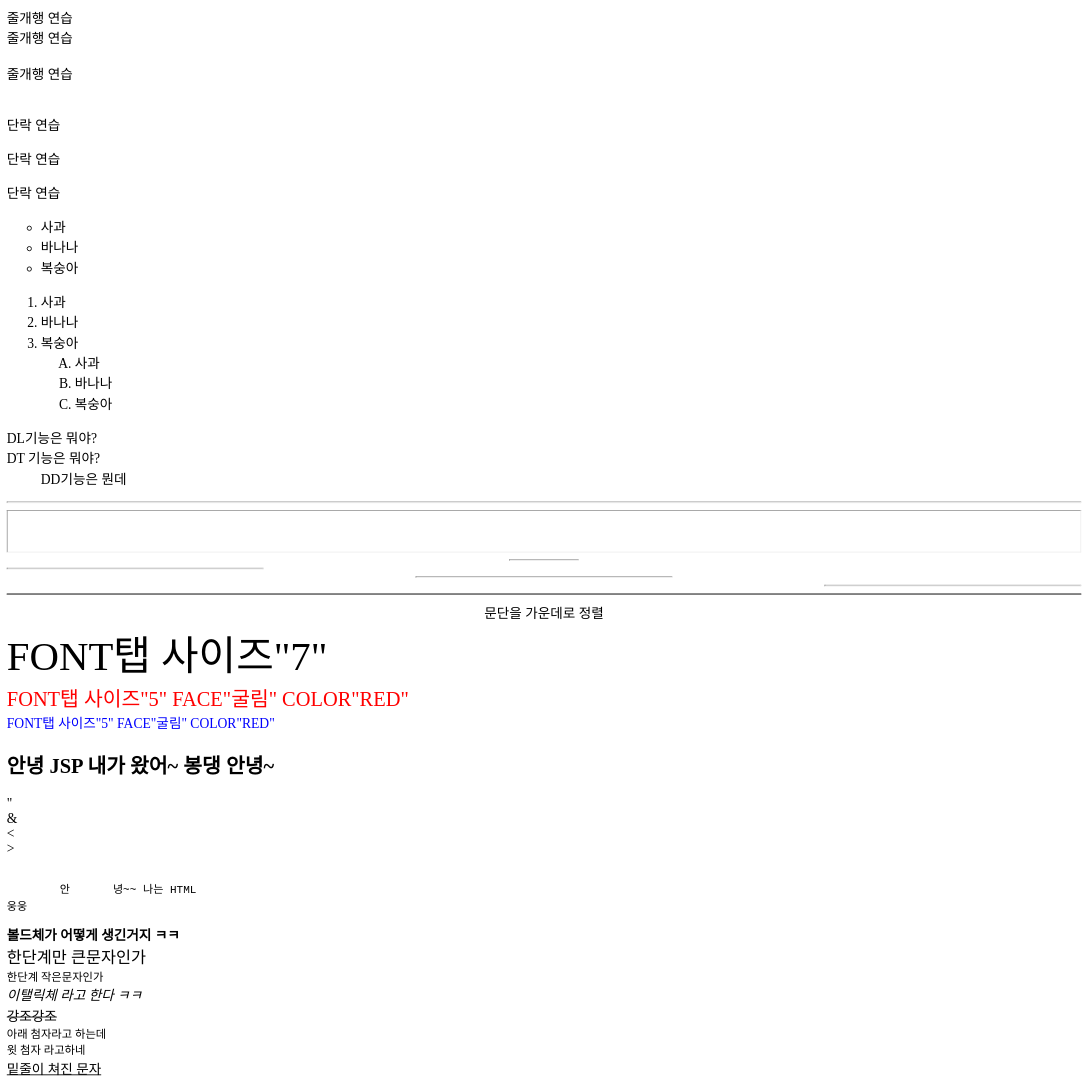
Repository: kisunssong/jsp
Page: http://localhost/test/test.jsp
These files come from the project's save history. The page is drawn as it stood at one moment and after the next save; the edit follows.
The browser window is 1280 px wide. The pictures show the whole page, at 85% of full size.
The page is served by Tomcat 9.

Above is the page before, as saved 2020-10-28 12:09:11.

### test/WebContent/test.jsp
<%@ page language="java" contentType="text/html; charset=EUC-KR"
    pageEncoding="EUC-KR"%>
<HTML>
<HEAD><TITLE>Hello Jsp</TITLE></HEAD>
<BODY>
줄개행 연습<BR>
줄개행 연습<BR><BR>
줄개행 연습<BR><BR><BR>
단락 연습<P>
단락 연습<P>
단락 연습<P>
<UL TYPE="CIRCLE"><!-- 번호 없는 목록 작성 *사과 *바나나 이렇게 앞에 쩜이찍힘-->
<LI>사과
<LI>바나나
<LI>복숭아
</UL>
<OL><!-- 특정한 문자로 번호를 먹여서 나열 -->
<LI>사과</LI> <!-- <LI></LI>하면 앞에 숫자로 표현됨 1.사과 2.바나나 3.복숭아 -->
<LI>바나나</LI>
<LI>복숭아</LI>
	<OL TYPE="A"> <!-- A.사과 B.바나나 C.복숭아  -->
	<LI>사과</LI>
	<LI>바나나</LI>
	<LI>복숭아</LI>
	</OL>
</OL>
<DL>DL기능은 뭐야?
<DT> DT 기능은 뭐야?
<DD>DD기능은 뭔데
</DL>
<HR><!-- <HR>은 기본 선 -->
<HR SIZE="50">  <!-- 두께를 조정 -->
<HR WIDTH="80"> <!-- 넓이를 조정  -->
<HR ALIGN="LEFT" WIDTH="300"> <!-- ALIGN(위치)=LEFT(좌측), 넓이=300 조정-->
<HR ALIGN="CENTER" WIDTH="300"> <!-- ALIGN(위치)=CENTER(중앙), 넓이=300 조정-->
<HR ALIGN="RIGHT" WIDTH="300"> <!-- ALIGN(위치)=RIGHT(우측), 넓이=300 조정-->
<HR NOSHADE><!-- 그림자 선-->
<CENTER>문단을 가운데로 정렬</CENTER>
<DIV ALIGN="LEFT"><!-- <DIV>(문단구역을정해서정리) ALIGN(위치)와 함께 -->
<FONT SIZE="7">FONT탭 사이즈"7"</FONT><!-- 문자 SIZE="1">..>"7"까지있음 -->
</DIV>
<FONT SIZE="5" FACE="굴림" COLOR="RED">FONT탭 사이즈"5" FACE"굴림" COLOR"RED"</FONT><BR>
<FONT SIZE="3" FACE="궁서" COLOR="BLUE">FONT탭 사이즈"5" FACE"굴림" COLOR"RED"</FONT><BR>
<H2>안녕 JSP 내가 왔어~ 봉댕 안녕~</H2> <!-- <H1>글꼴의 크기 <H6까지만있음> -->
&quot;<BR><!-- 특수문자 기호: " -->
&amp;<BR> <!-- 특수문자 기호: & -->
&lt;<BR> <!--  특수문자 기호: < -->
&gt;<BR><!--  특수문자 기호: > -->
<PRE><!-- 문자를 입력한 그대로 출력 (공백 포함해서) -->
	안	녕~~ 나는 HTML
웅웅
</PRE>
<B>볼드체가 어떻게 생긴거지 ㅋㅋ</B><BR> <!-- 문자가 굵어짐 -->
<BIG>한단계만 큰문자인가</BIG><BR> <!-- 한단계 큰문자 -->
<SMALL>한단계 작은문자인가</SMALL><BR> <!-- 한단계 작은문자 -->
<I>이탤릭체 라고 한다 ㅋㅋ</I><BR><!-- 문자가 기울어짐 -->
<STRIKE>강조강조</STRIKE><BR><!-- 문자중앙에 글이 그어짐 (삭제표시) -->
<SUB>아래 첨자라고 하는데</SUB><BR><!-- 원 글에 위에 써짐 -->
<SUP>윗 첨자 라고하네</SUP><BR><!-- 원 글에 아래에 써짐 -->
<U>밑줄이 쳐진 문자</U><BR><!-- 글자에 밑줄이 그어짐 -->

</BODY>
</HTML>

After the next save:
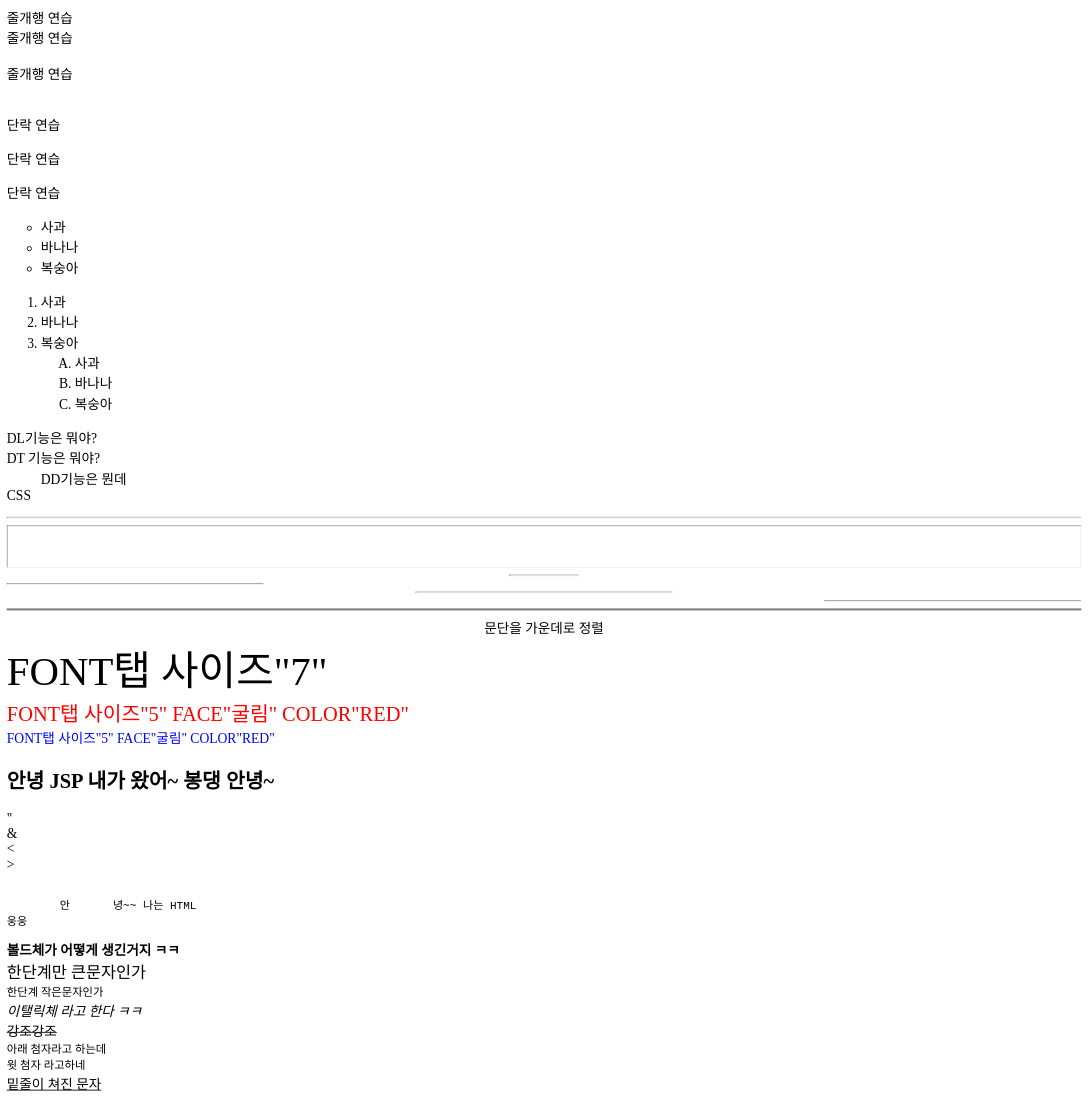
Saved 74 s later.
--- a/test/WebContent/test.jsp
+++ b/test/WebContent/test.jsp
@@ -25,8 +25,9 @@
 	</OL>
 </OL>
 <DL>DL기능은 뭐야?
-<DT> DT 기능은 뭐야?
-<DD>DD기능은 뭔데
+<DT> DT 기능은 뭐야? <!-- 스타일 시트 -->
+<DD>DD기능은 뭔데 <!-- 스타일 시트란 문서가 스크린, 프린터, 또는 기타 출력기로 표현되어 질때 문서 표현 정의 -->
+<DT>CSS
 </DL>
 <HR><!-- <HR>은 기본 선 -->
 <HR SIZE="50">  <!-- 두께를 조정 -->
